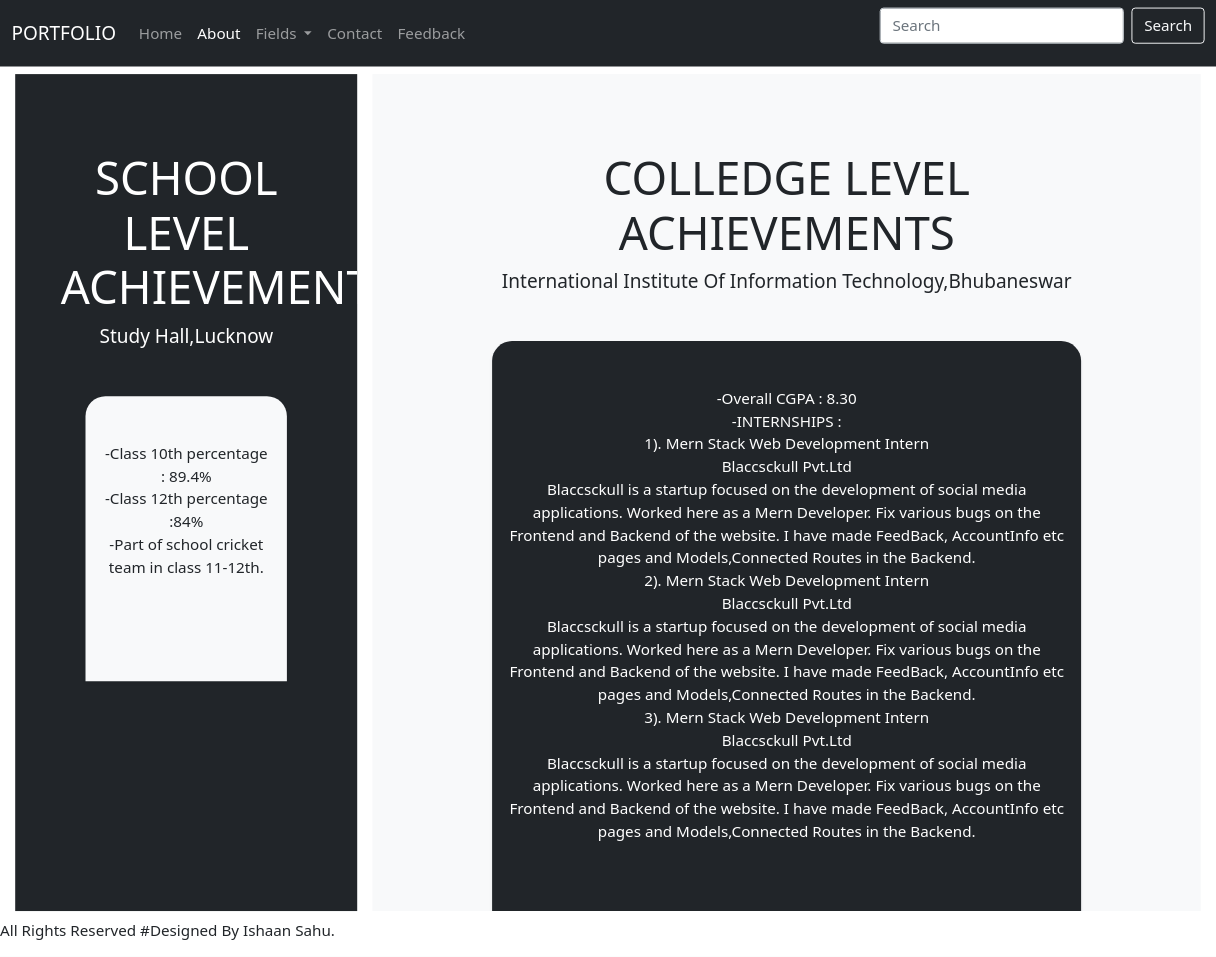
Repository: ishaan51551/Ishaan-s-Portfolio-
Page: about.html
These files come from the project's save history. The page is drawn as it stood at one moment and after a run of saves; the edit follows.
The browser window is 1280 px wide. The pictures show the whole page, at 95% of full size.

Above is the page before, as saved 2023-09-13 16:06:45.

### about.html
</body>

</html>

<!doctype html>
<html lang="en">

<head>
  <!-- Required meta tags -->
  <meta charset="utf-8">
  <meta name="viewport" content="width=device-width, initial-scale=1">

  <!-- Bootstrap CSS -->
  <link href="https://cdn.jsdelivr.net/npm/bootstrap@5.1.1/dist/css/bootstrap.min.css" rel="stylesheet"
    integrity="sha384-F3w7mX95PdgyTmZZMECAngseQB83DfGTowi0iMjiWaeVhAn4FJkqJByhZMI3AhiU" crossorigin="anonymous">

  <title>Ishaan Sahu Portfolio</title>
</head>

<body>


  <!-- NAVBAR -->
  <nav class="navbar navbar-expand-lg navbar-dark bg-dark">
    <div class="container-fluid">
      <a class="navbar-brand" href="#">PORTFOLIO </a>
      <button class="navbar-toggler" type="button" data-bs-toggle="collapse" data-bs-target="#navbarSupportedContent"
        aria-controls="navbarSupportedContent" aria-expanded="false" aria-label="Toggle navigation">
        <span class="navbar-toggler-icon"></span>
      </button>
      <div class="collapse navbar-collapse" id="navbarSupportedContent">
        <ul class="navbar-nav me-auto mb-2 mb-lg-0">
          <li class="nav-item">
            <a class="nav-link " aria-current="page" href="index.html">Home</a>
          </li>
          <li class="nav-item">
            <a class="nav-link active" href="/about.html">About</a>
          </li>
          <li class="nav-item dropdown">
            <a class="nav-link dropdown-toggle" href="#" id="navbarDropdown" role="button" data-bs-toggle="dropdown"
              aria-expanded="false">
              Fields
            </a>
            <ul class="dropdown-menu" aria-labelledby="navbarDropdown">
              <li><a class="dropdown-item" href="programming.html">Programming</a></li>
              <li><a class="dropdown-item" href="webdev.html">Web Devlopment</a></li>
              <li>
                <hr class="dropdown-divider">
              </li>
              <li><a class="dropdown-item" href="extracurricular.html">Extra Curricular</a></li>
            </ul>
          </li>
          <li class="nav-item">
            <a class="nav-link " aria-current="page" href="contact.html">Contact</a>
          </li>

          <li class="nav-item">
            <a class="nav-link" href="feedback.html">Feedback</a>

          </li>

        </ul>
        <form class="d-flex">
          <input class="form-control me-2" type="search" placeholder="Search" aria-label="Search">
          <button class="btn btn-outline-light" type="submit">Search</button>

        </form>
      </div>
    </div>
  </nav>

  <!-- Optional JavaScript; choose one of the two! -->

  <!-- Option 1: Bootstrap Bundle with Popper -->
  <script src="https://cdn.jsdelivr.net/npm/bootstrap@5.1.1/dist/js/bootstrap.bundle.min.js"
    integrity="sha384-/bQdsTh/da6pkI1MST/rWKFNjaCP5gBSY4sEBT38Q/9RBh9AH40zEOg7Hlq2THRZ"
    crossorigin="anonymous"></script>



  <!-- boxes -->
  <div class="d-md-flex flex-md-equal w-100my-md-3 ps-md-3 my-2 justify-content-center align item center">
    <div class="bg-dark me-md-3 pt-3 px-3 pt-md-5 px-md-5 text-center text-white overflow-hidden">
      <div class="my-3 py-3 ">
        <h2 class="display-5">SCHOOL LEVEL ACHIEVEMENTS</h2>
        <p class="lead">Study Hall,Lucknow</p>
      </div>
      <div class="bg-light shadow-sm mx-auto" style="width: 80%; height: 300px; border-radius: 21px 21px 0 0;">
        <p class="dance text-dark overfow-hidden text-center px-3 py-5">-Class 10th percentage : 89.4%</br>
          -Class 12th percentage :84%</br>
          -Part of school cricket team in class 11-12th.<br>
        </p>

      </div>
    </div>
    <div class="bg-light me-md-3 pt-3 px-3 pt-md-5 px-md-5 text-center overflow-hidden">
      <div class="my-3 p-3">
        <h2 class="display-5">COLLEDGE LEVEL ACHIEVEMENTS</h2>
        <p class="lead">International Institute Of Information Technology,Bhubaneswar</p>
      </div>
      <div class="bg-dark shadow-sm mx-auto" style="width: 80%; height: 600px; border-radius: 21px 21px 0 0;">
        <p class="swing text-white text-center px-3 py-5">
          -Overall CGPA : 8.30</br>
          -INTERNSHIPS :</br>
          1). Mern Stack Web Development Intern<br>
          Blaccsckull Pvt.Ltd<br>
          Blaccsckull is a startup focused on the development of social media applications. Worked here as a Mern
          Developer.
          Fix various bugs on the Frontend and Backend of the website.
          I have made FeedBack, AccountInfo etc pages and Models,Connected Routes in the Backend.
          <br>
          2). Mern Stack Web Development Intern<br>
          Blaccsckull Pvt.Ltd<br>
          Blaccsckull is a startup focused on the development of social media applications. Worked here as a Mern
          Developer.
          Fix various bugs on the Frontend and Backend of the website.
          I have made FeedBack, AccountInfo etc pages and Models,Connected Routes in the Backend.
          <br>
          3). Mern Stack Web Development Intern<br>
          Blaccsckull Pvt.Ltd<br>
          Blaccsckull is a startup focused on the development of social media applications. Worked here as a Mern
          Developer.
          Fix various bugs on the Frontend and Backend of the website.
          I have made FeedBack, AccountInfo etc pages and Models,Connected Routes in the Backend.
        </p>
      </div>
    </div>
  </div>

  <!-- FOOTER  -->
  <footer class="blog-footer">
    <p>All Rights Reserved #Designed By Ishaan Sahu.</p>
    <p>

    </p>
  </footer>
</body>

</html>

After the next 2 saves:
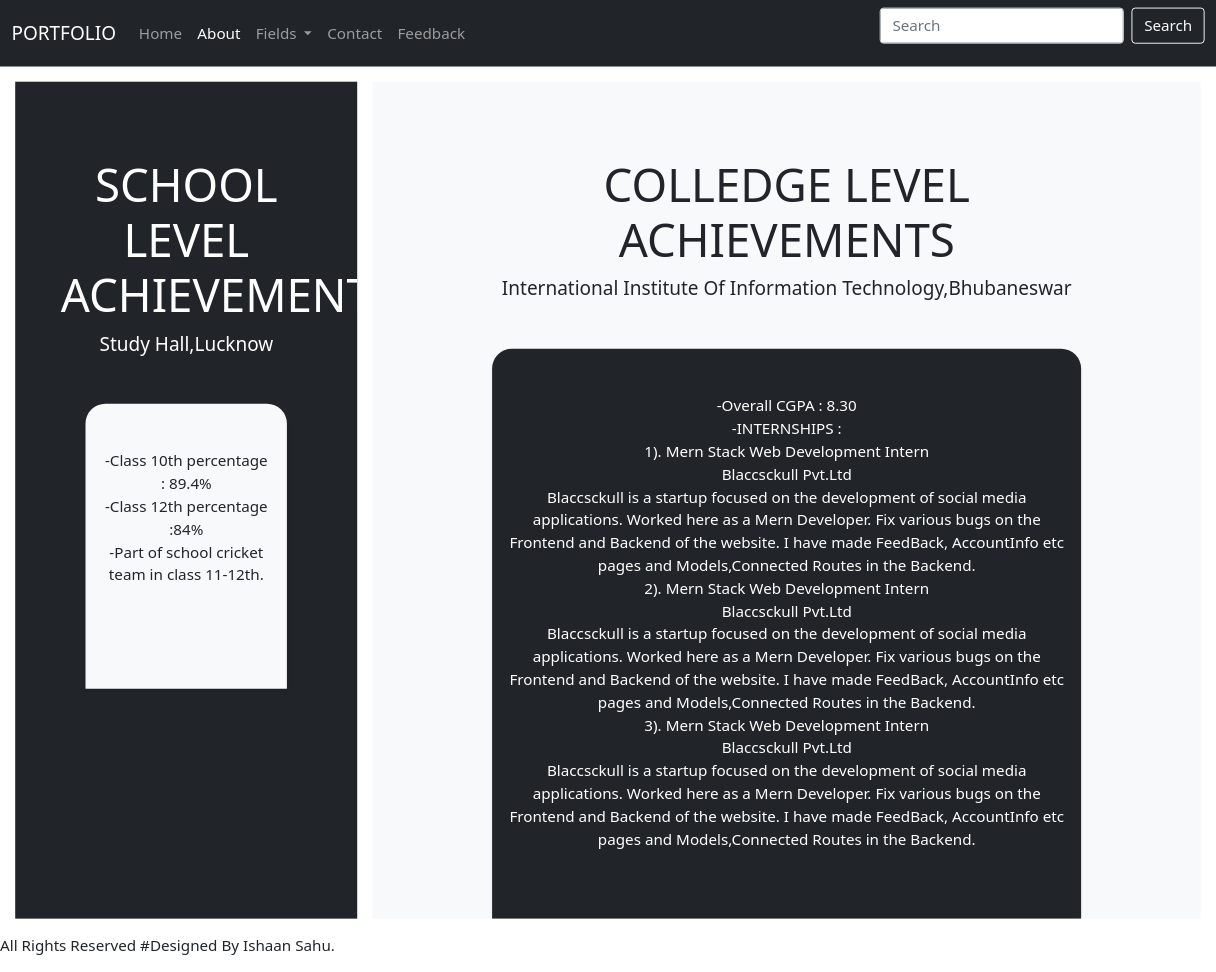
The 2 saves are shown as one change because they came seconds apart.
The last was saved 32 s later.
--- a/about.html
+++ b/about.html
@@ -79,7 +79,7 @@
 
 
   <!-- boxes -->
-  <div class="d-md-flex flex-md-equal w-100my-md-3 ps-md-3 my-2 justify-content-center align item center">
+  <div class="d-md-flex flex-md-equal w-100my-md-3 ps-md-3 my-3 justify-content-center align item center">
     <div class="bg-dark me-md-3 pt-3 px-3 pt-md-5 px-md-5 text-center text-white overflow-hidden">
       <div class="my-3 py-3 ">
         <h2 class="display-5">SCHOOL LEVEL ACHIEVEMENTS</h2>
